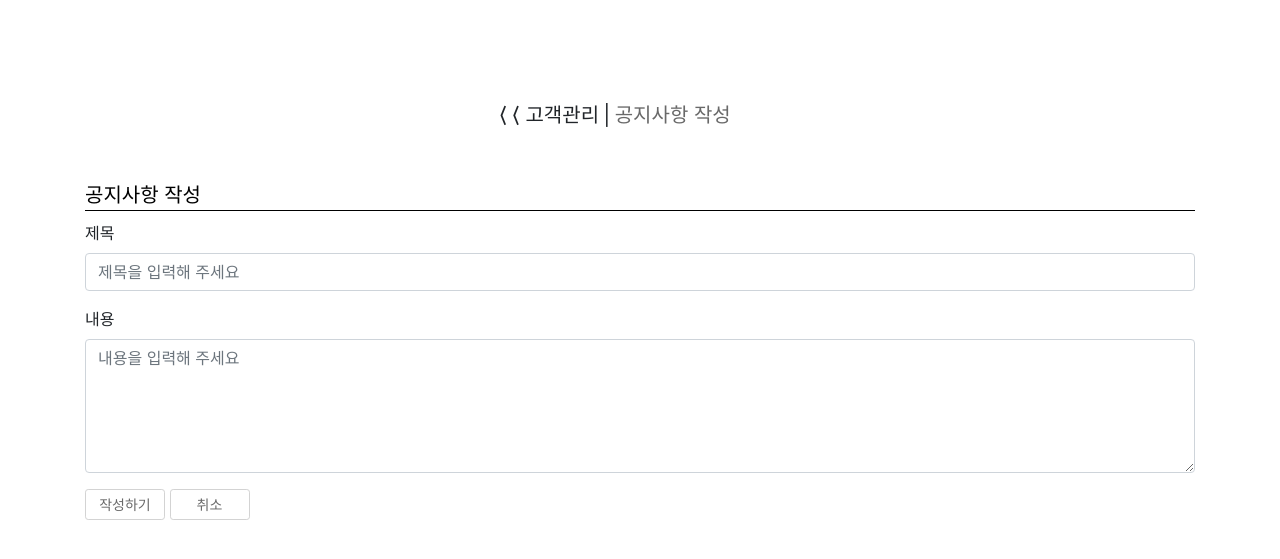
Repository: mcw9503/PassionForFashion
Page: Semi_Project/src/main/webapp/WEB-INF/createBoard.html
The author's editor kept a copy of each file at every save. The page is drawn from the files as they stood at one save, then again after the next save.
The browser window is 1280 px wide. The pictures show the whole page.
Some web libraries are served in a nearby version.

Above is the page before, as saved 2023-05-07 11:22:24.

After the next save:
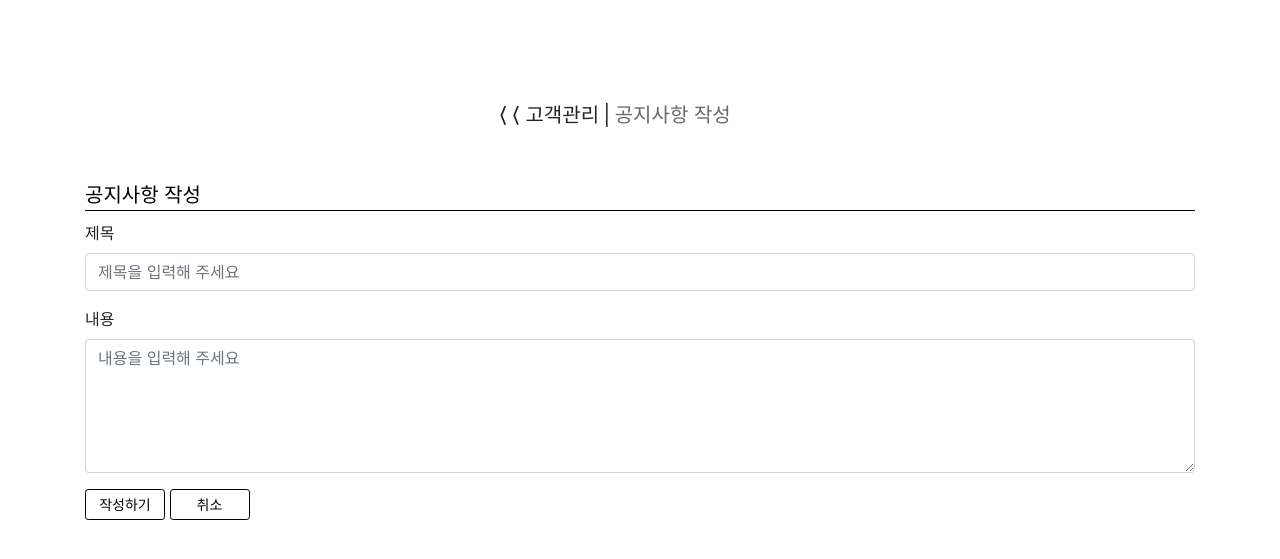
Saved 22 s later.
--- a/Semi_Project/src/main/webapp/WEB-INF/createBoard.html
+++ b/Semi_Project/src/main/webapp/WEB-INF/createBoard.html
@@ -28,7 +28,13 @@
 	margin-bottom: 10px;
 	width: 80px;
 
+}
 
+.btn[class*="btn"]{
+	color: black;
+	background:white;
+	border: 0.5px solid black;
+}
 </style>
 
 

After the save that followed:
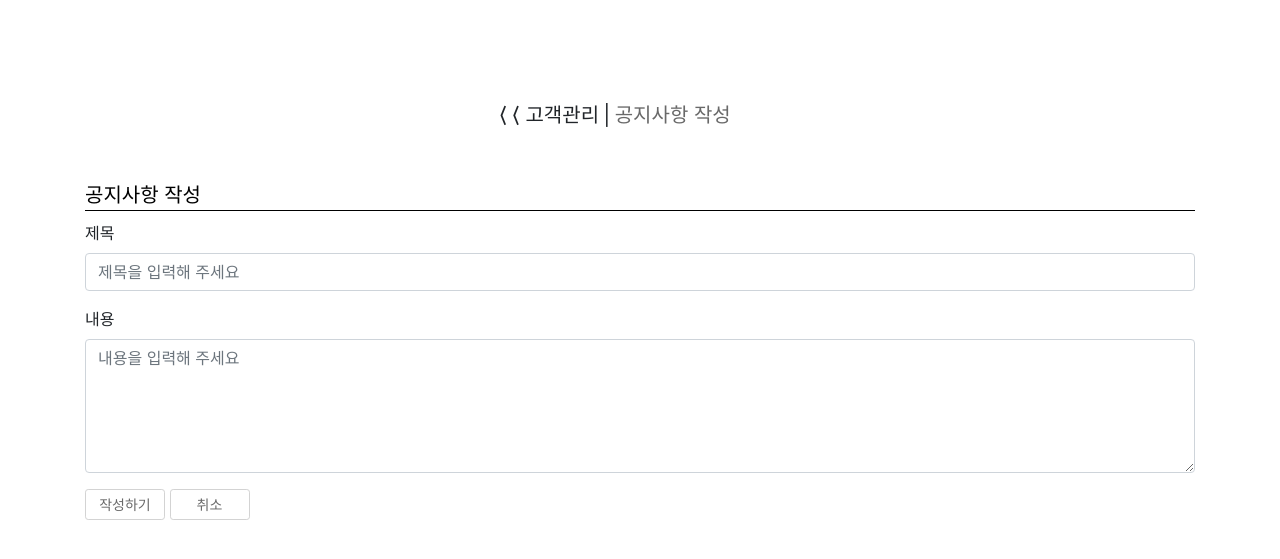
Saved 22 s later.
--- a/Semi_Project/src/main/webapp/WEB-INF/createBoard.html
+++ b/Semi_Project/src/main/webapp/WEB-INF/createBoard.html
@@ -30,7 +30,7 @@
 
 }
 
-.btn[class*="btn"]{
+.btn[class*="btn"]:active{
 	color: black;
 	background:white;
 	border: 0.5px solid black;
